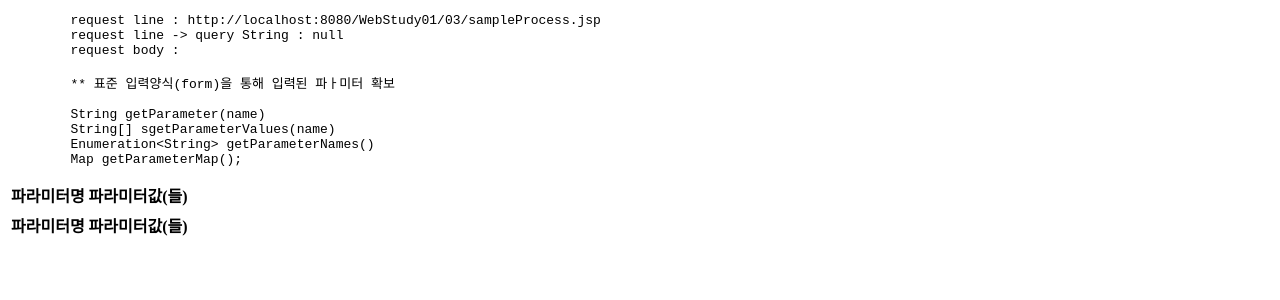
Repository: YOUNARAE/JSP
Page: http://localhost/WebStudy01/03/sampleProcess.jsp
These files come from the project's save history. The page is drawn as it stood at one moment and after the next save; the edit follows.
The browser window is 1280 px wide. The pictures show the whole page.
The page is served by Tomcat 9.

Above is the page before, as saved 2022-12-07 08:02:31.

After the next save:
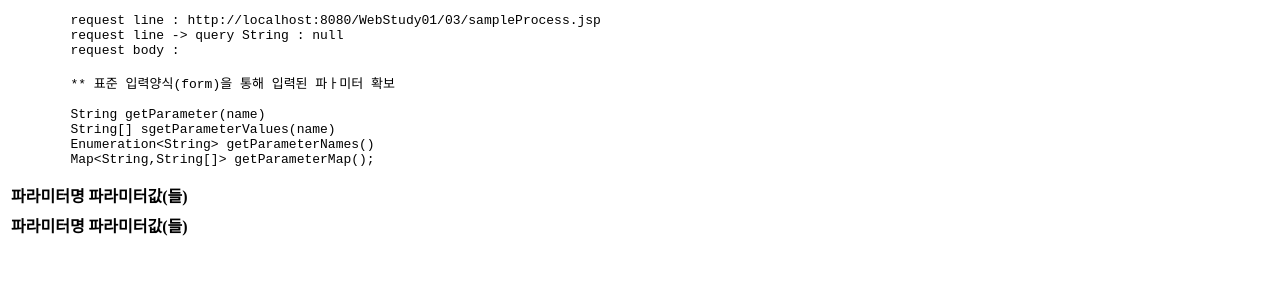
Saved 2 min 21 s later.
--- a/WebStudy01/src/main/webapp/03/sampleProcess.jsp
+++ b/WebStudy01/src/main/webapp/03/sampleProcess.jsp
@@ -24,7 +24,7 @@
 	String getParameter(name)
 	String[] sgetParameterValues(name)
 	Enumeration&lt;String&gt; getParameterNames()
-	Map<String,String[]> getParameterMap(); <!-- set이 중복될 때 모두 출력을 하기 위해서 -->
+	Map&lt;String,String[]&gt; getParameterMap(); <!-- set이 중복될 때 모두 출력을 하기 위해서 -->
 </pre>
 <table>
 	<thead>
